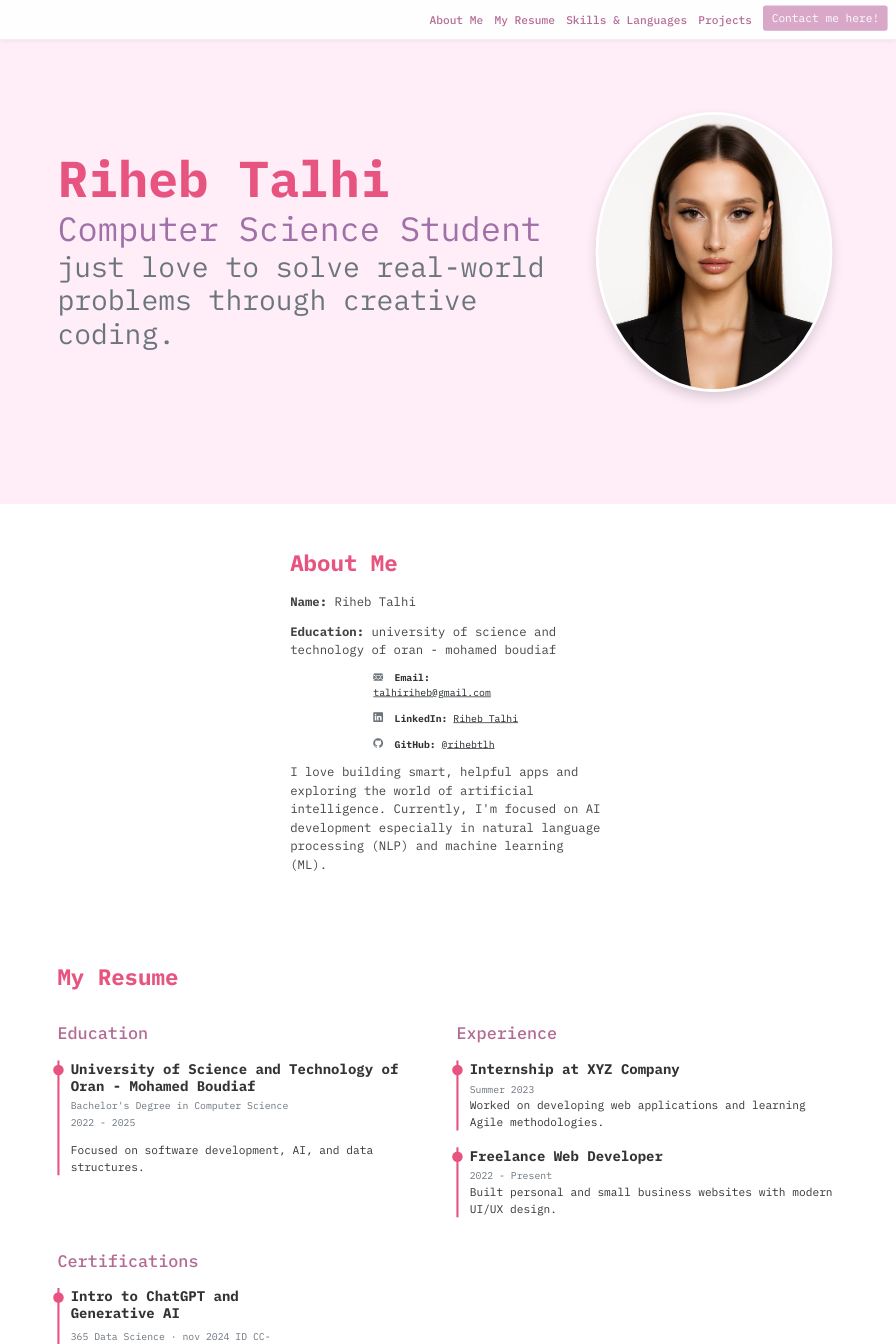
Repository: rihebtlh/portfolio
Page: new.html
The author's editor kept a copy of each file at every save. The page is drawn from the files as they stood at one save, then again after the next save.
The browser window is 1280 px wide. The pictures show the part of the page from y = 0 to 1920 px (the page is 4337 px tall before and 6145 px after), at 70% of full size.

Above is the page before, as saved 2025-07-02 17:43:47.

After the next save:
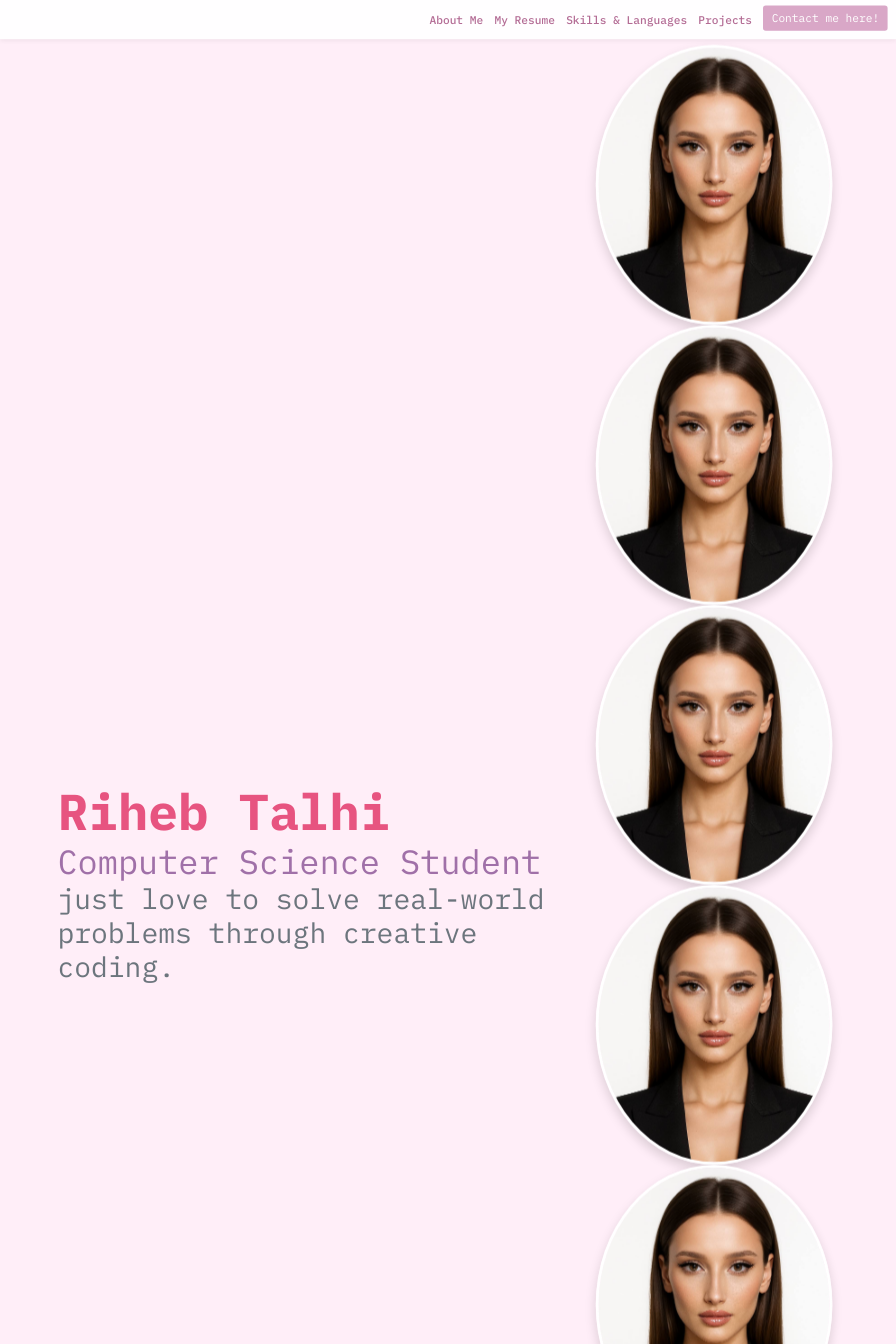
Saved 8 s later.
--- a/new.html
+++ b/new.html
@@ -170,7 +170,12 @@
             <div class="display-6 text-muted">just love to solve real-world problems through creative coding.</div>
             </h1>
         </div>
-        <div class="col-md-4 text-center d-none d-md-block">
+        <div class="col-md-4 text-center d-none d-md-block"><img src="/assets/pic.jpg" alt="Your photo" class="img-fluid rounded-circle shadow floating" style="max-height: 400px;">
+<img src="/assets/pic.jpg" alt="Your photo" class="img-fluid rounded-circle shadow floating" style="max-height: 400px;">
+<img src="/assets/pic.jpg" alt="Your photo" class="img-fluid rounded-circle shadow floating" style="max-height: 400px;">
+<img src="/assets/pic.jpg" alt="Your photo" class="img-fluid rounded-circle shadow floating" style="max-height: 400px;">
+<img src="/assets/pic.jpg" alt="Your photo" class="img-fluid rounded-circle shadow floating" style="max-height: 400px;">
+
             <img src="/assets/pic.jpg" alt="Your photo" class="img-fluid rounded-circle shadow" style="max-height: 400px;">
             </span>
         </div>
